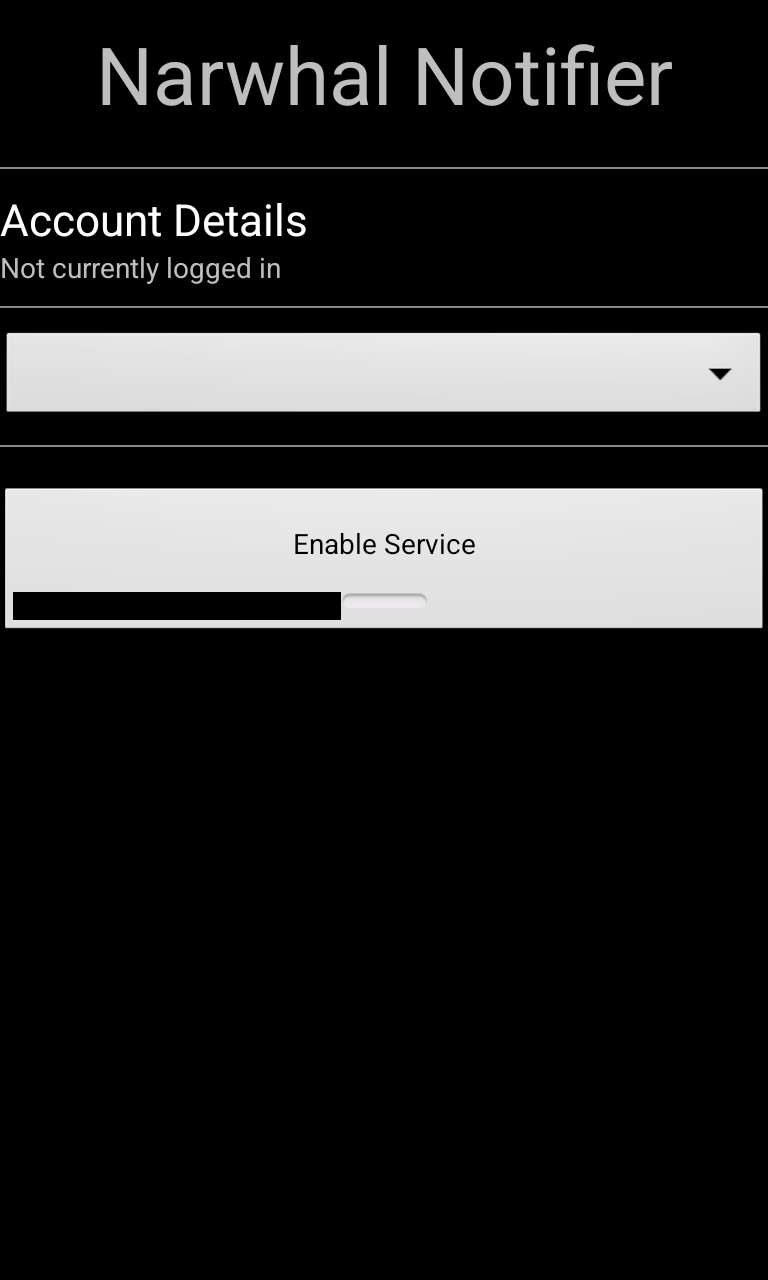
Repository: shawnbuso/NarwhalNotifier
Layout: Narwhal Notifier/res/layout/main.xml
These files come from the project's save history. The layout is drawn as it stood at one moment and after the next save; the edit follows.
It is drawn on a 768 x 1280 px phone screen (xhdpi) without system bars, with theme android:Theme; the app's code is not run.

Above is the layout before, as saved 2012-01-11 21:55:44.

After the next save:
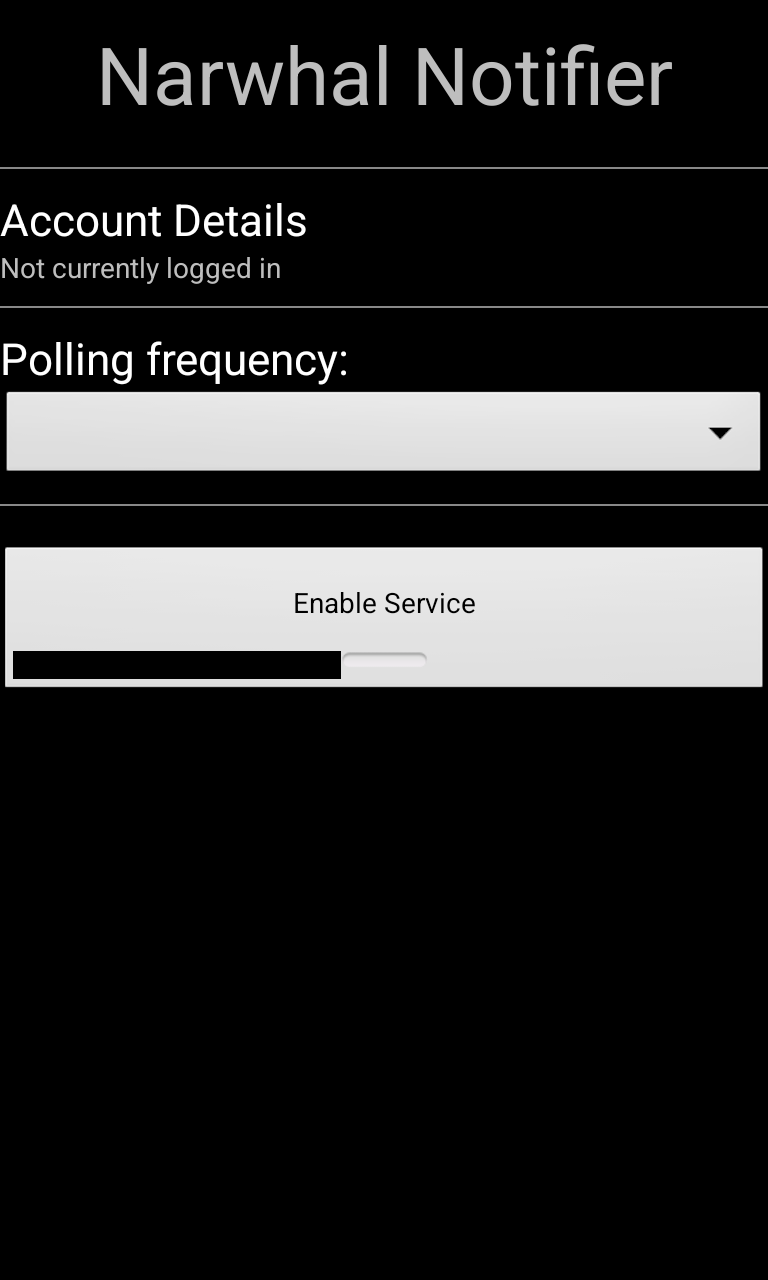
Saved 29 s later.
--- a/Narwhal Notifier/res/layout/main.xml
+++ b/Narwhal Notifier/res/layout/main.xml
@@ -38,11 +38,17 @@
 		android:layout_marginTop="10dp"
 		android:layout_marginBottom="10dp"/>
 
+    <TextView
+        android:id="@+id/frequencyPrompt"
+        android:layout_width="wrap_content"
+        android:layout_height="wrap_content"
+        android:text="Polling frequency:"
+        android:textAppearance="?android:attr/textAppearanceLarge" />
+
     <Spinner
         android:id="@+id/frequencySpinner"
         android:layout_width="fill_parent"
-        android:layout_height="wrap_content"
-        android:prompt="@string/polling_prompt" />
+        android:layout_height="wrap_content" />
 
     <View
         android:id="@id/separator"
